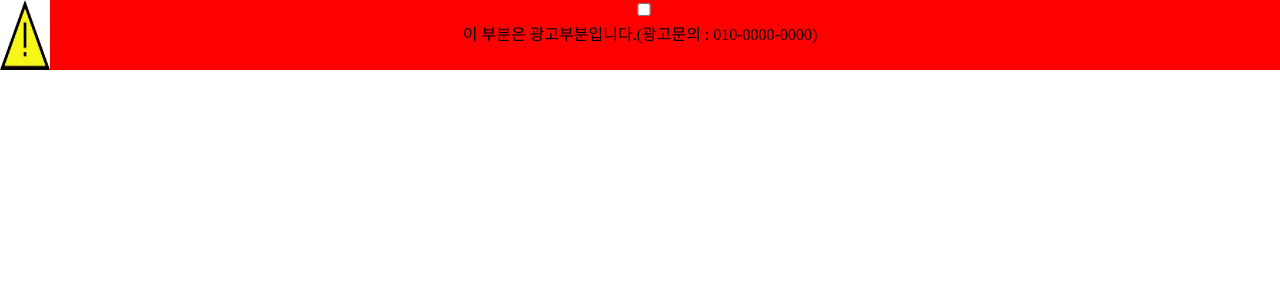
Repository: leehyeonung/myproject
Page: http://localhost/myproject/
These files come from the project's save history. The page is drawn as it stood at one moment and after the next save; the edit follows.
The browser window is 1280 px wide. The pictures show the whole page.
The page is served by Tomcat 9.

Above is the page before, as saved 2023-03-15 10:48:05.

After the next save:
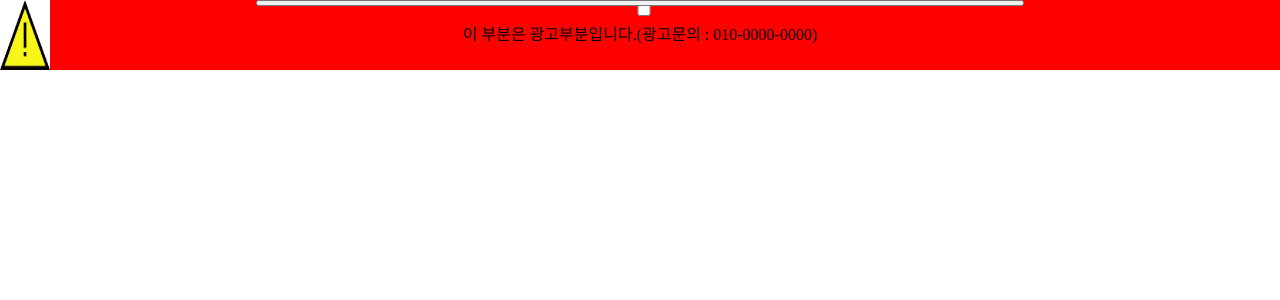
Saved 43 s later.
--- a/myproject/src/main/webapp/header.jsp
+++ b/myproject/src/main/webapp/header.jsp
@@ -13,6 +13,7 @@
 <img alt="" src="/resources/image/warning2.jpg">
 이 부분은 광고부분입니다.(광고문의 : 010-0000-0000)
 <input type="checkbox" value="오늘하루 열지 않음" >
+<button type="button" name="ad_button" value="asdf"></button>
 </div>
 
 <header>
